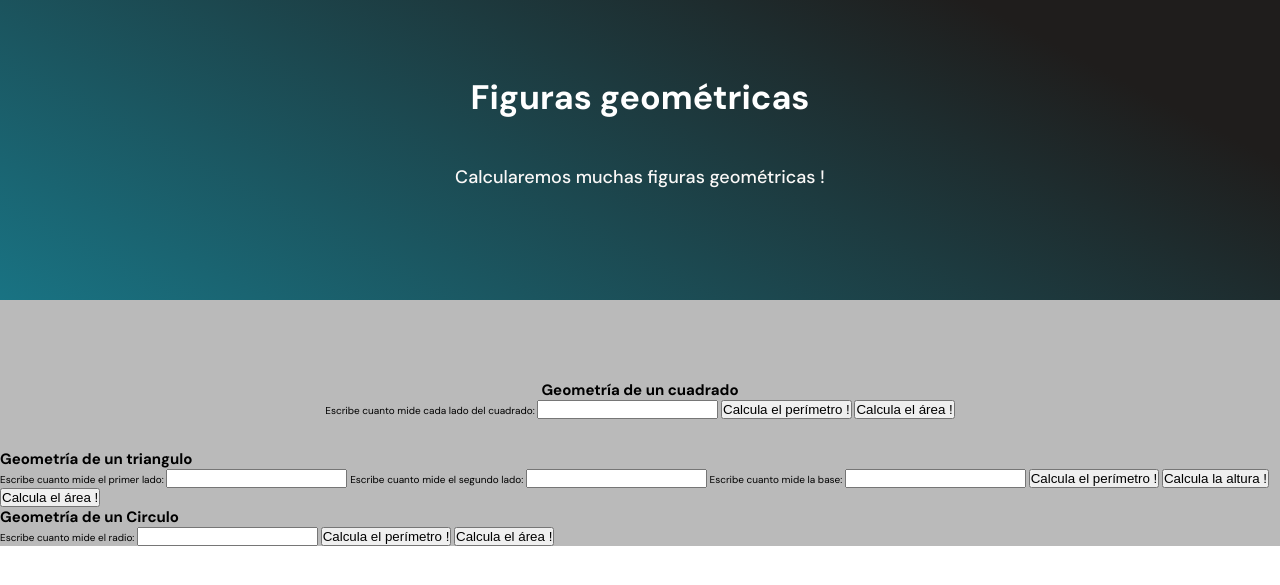
Repository: ChristianGecchelin/javascript-project
Page: javascript-project/figuras-geometricas/figuras.html
An editor plug-in stored every save of this project. The page is shown before and after the next save, followed by the edit.
The browser window is 1280 px wide. The pictures show the whole page.

Above is the page before, as saved 2021-12-01 21:50:50.

### javascript-project/figuras-geometricas/figuras.html
<!DOCTYPE html>
<html lang="en">
  <head>
    <meta charset="UTF-8" />
    <meta http-equiv="X-UA-Compatible" content="IE=edge" />
    <meta name="viewport" content="width=device-width, initial-scale=1.0" />
    <title>Figuras geométricas | Proyecto 1</title>
    <link rel="preconnect" href="https://fonts.googleapis.com" />
    <link rel="preconnect" href="https://fonts.gstatic.com" crossorigin />
    <link
      href="https://fonts.googleapis.com/css2?family=DM+Sans:wght@400;500;700&family=Inter:wght@300;500&display=swap"
      rel="stylesheet"
    />
    <link rel="stylesheet" href="./style.css" />
  </head>
  <body>
    <header>
      <div class="header--title-container">
        <h1>Figuras geométricas</h1>
        <p>Calcularemos muchas figuras geométricas !</p>
      </div>
    </header>
    <main>
      <section class="main-calculadora-contenedor">
        <h2>Geometría de un cuadrado</h2>
        <form action="">
          <label for="">Escribe cuanto mide cada lado del cuadrado:</label>
          <input type="number" id="inputCuadrado" />
          <button type="button" onclick="calcularPerimetroCuadrado()">
            Calcula el perímetro !
          </button>
          <button type="button" onclick="calcularAreaCuadrado()">
            Calcula el área !
          </button>
          <!-- type button, para quitarle el submit por defecto y que no me redireccione a ningun lado -->
        </form>
      </section>
      <section>
        <h2>Geometría de un triangulo</h2>
        <form action="">
          <label for="">Escribe cuanto mide el primer lado:</label>
          <input type="number" id="inputLado1" />
          <label for="">Escribe cuanto mide el segundo lado:</label>
          <input type="number" id="inputLado2" />
          <label for="">Escribe cuanto mide la base:</label>
          <input type="number" id="inputBase" />
          <button type="button" onclick="calcularPerimetroTriangulo()">
            Calcula el perímetro !
          </button>
          <button type="button" onclick="calcularAlturaTriangulo()">
            Calcula la altura !
          </button>
          <button type="button" onclick="calcularAreaTriangulo()">
            Calcula el área !
          </button>
          <!-- type button, para quitarle el submit por defecto y que no me redireccione a ningun lado -->
        </form>
      </section>
      <section>
        <h2>Geometría de un Circulo</h2>
        <form action="">
          <label for="">Escribe cuanto mide el radio:</label>
          <input type="number" id="inputRadio" />
          <button type="button" onclick="calcularPerimetroCirculo()">
            Calcula el perímetro !
          </button>
          <button type="button" onclick="calcularAreaCirculo()">
            Calcula el área !
          </button>
          <!-- type button, para quitarle el submit por defecto y que no me redireccione a ningun lado -->
        </form>
      </section>
    </main>
    <script src="./figurasConFunciones.js"></script>
  </body>
</html>

### javascript-project/figuras-geometricas/style.css
:root {
  --Dark-lightblue: #197383;
  --soft-orange: #ffe9d5;
  --secondary-blue: #1a9af7;
  --soft-blue: #e7f5ff;
  --warm-black: #201e1c;
  --black: #282623;
  --grey: #bababa;
  --off-white: #faf8f7;
  --just-white: #fff;
}
* {
  box-sizing: border-box;
  margin: 0;
  padding: 0;
}
html {
  font-size: 62.5%;
  font-family: "DM Sans", sans-serif;
}
header {
  position: relative;
  display: flex;
  flex-direction: column;
  justify-content: center;
  width: 100%;
  min-width: 320px;
  height: 300px;
  text-align: center;
  background: linear-gradient(207.8deg, #1f1d1c 16.69%, #197383 100%);
}
header .header--title-container {
  width: 90%;
  min-width: 288px;
  max-width: 900px;
  height: 200px;
  text-align: center;
  align-self: center;
}
header .header--title-container h1 {
  margin-top: 30px;
  margin-bottom: 50px;
  font-size: 3.4rem;
  font-weight: 700;
  line-height: 3.6rem;
  color: var(--just-white);
}
header .header--title-container p {
  font-size: 1.8rem;
  font-weight: 500;
  line-height: 2.2rem;
  color: var(--off-white);
}
main {
  width: 100%;
  height: auto;
  background-color: var(--grey);
  min-width: 320px;
}
.main-calculadora-contenedor {
  width: 90%;
  min-width: 280px;
  height: auto;
  margin: 0 auto;
  padding-top: 80px;
  padding-bottom: 30px;
  text-align: center;
}

### javascript-project/figuras-geometricas/figurasConFunciones.js
/* Codigo del cuadrado */
console.group("Cuadrado");
function perimetroCuadrado(lado) {
  return lado * 4;
}
/* console.log(`Perimetro del cuadrado es: ${perimetroCuadrado} cm.`); */
function areaCuadrado(lado) {
  return (
    lado ** 2
  ); /* debe estar escrito de igual manera el parametro que el return */
}

/* console.log(`El area del cuadrado es: ${areaCuadrado} cm^2.`); */
console.groupEnd();

/* Codigo del triangulo */
console.group("Triangulo");

function perimetroTriangulo(lado1, lado2, base) {
  return lado1 + lado2 + base;
}
function calcularAltura(lado1, lado2, lado3) {
  let ladosIguales;
  let ladoBase;
  let altura;

  if (
    lado1 + lado2 <= lado3 ||
    lado1 + lado3 <= lado2 ||
    lado2 + lado3 <= lado1
  ) {
    alert(
      "En un triangulo la base no puede ser mayor a la suma de sus catetos"
    );
  } else {
    switch (true) {
      case lado1 === lado2:
        ladosIguales = lado1;
        ladoBase = lado3;
        break;
      case lado1 === lado3:
        ladosIguales = lado1;
        ladoBase = lado2;
        break;
      case lado3 === lado2:
        ladosIguales = lado2;
        ladoBase = lado1;
        break;
    }
    if (!ladosIguales) {
      alert("Tu triangulo no es isosceles, ingresa la altura");
    } else {
      altura = Math.sqrt(ladosIguales ** 2 - ladoBase ** 2 / 4);
    }
  }
  return ladosIguales, ladoBase, altura;
}
function areaTriangulo(ladoBase, altura) {
  return (
    (ladoBase * altura) / 2
  ); /* tengo que llamar a la funcion altura para pasarle el dato */
}
console.groupEnd();

//Codigo Circulo
console.group("Circulo");
function diametroCirculo(radio) {
  return radio * 2;
}
const pi = Math.PI;
function circunferencia(radio) {
  const diametro = diametroCirculo(radio);
  /* llamo a una funcion dentro de otra y creo una variable que tiene alcance local */
  return diametro * pi;
}
function superficieCirculo(radio) {
  return pi * radio ** 2;
}

console.groupEnd();
/* Creo una funcion, que a traves del id obtengo lo que el usuario ingreso en el input. y con eso le saco el value que le paso
a la funcion que cree antes y es la encargada de hacer el calculo para luego mostrarse en un aler */
function calcularPerimetroCuadrado() {
  const input = document.getElementById("inputCuadrado");
  const value = input.value;
  const perimetro = perimetroCuadrado(value);
  alert(perimetro);
}
function calcularAreaCuadrado() {
  const input = document.getElementById("inputCuadrado");
  const value = input.value;
  const area = areaCuadrado(value);
  alert(area);
}

function calcularPerimetroTriangulo() {
  const inputLado1 = document.getElementById("inputLado1");
  const valueLado1 = Number(inputLado1.value);
  const inputLado2 = document.getElementById("inputLado2");
  const valueLado2 = Number(inputLado2.value);
  const inputBase = document.getElementById("inputBase");
  const valueBase = Number(inputBase.value);
  /* Es importante ponerle number porque por mas que el input tenga type number, este lo transforma como un string */
  const perimetro = perimetroTriangulo(valueLado1, valueLado2, valueBase);
  alert(perimetro);
}

function calcularAlturaTriangulo() {
  const inputLado1 = document.getElementById("inputLado1");
  const valueLado1 = Number(inputLado1.value);
  const inputLado2 = document.getElementById("inputLado2");
  const valueLado2 = Number(inputLado2.value);
  const inputBase = document.getElementById("inputBase");
  const valueBase = Number(inputBase.value);
  const alturaTriangulo = calcularAltura(valueLado1, valueLado2, valueBase);
  alert(alturaTriangulo);
}

function calcularAreaTriangulo() {
  /* const inputAltura = document.getElementById("inputAltura");
  const valueAltura = Number(inputAltura.value);
  const inputBase = document.getElementById("inputBase");
  const valueBase = inputBase.value;
  const area = areaTriangulo(valueAltura, valueBase);
  alert(area); */
  const inputLado1 = document.getElementById("inputLado1");
  const valueLado1 = Number(inputLado1.value);
  const inputLado2 = document.getElementById("inputLado2");
  const valueLado2 = Number(inputLado2.value);
  const inputBase = document.getElementById("inputBase");
  const valueBase = Number(inputBase.value);
  const altura = calcularAltura(valueLado1, valueLado2, valueBase);
  const area = areaTriangulo(valueBase, altura);
  alert(area);
}

function calcularPerimetroCirculo() {
  const inputRadio = document.getElementById("inputRadio");
  const valueRadio = inputRadio.value;
  const perimetro = circunferencia(valueRadio);
  alert(perimetro);
}
function calcularAreaCirculo() {
  const inputRadio = document.getElementById("inputRadio");
  const valueRadio = inputRadio.value;
  const superficie = superficieCirculo(valueRadio);
  alert(superficie);
}

After the next save:
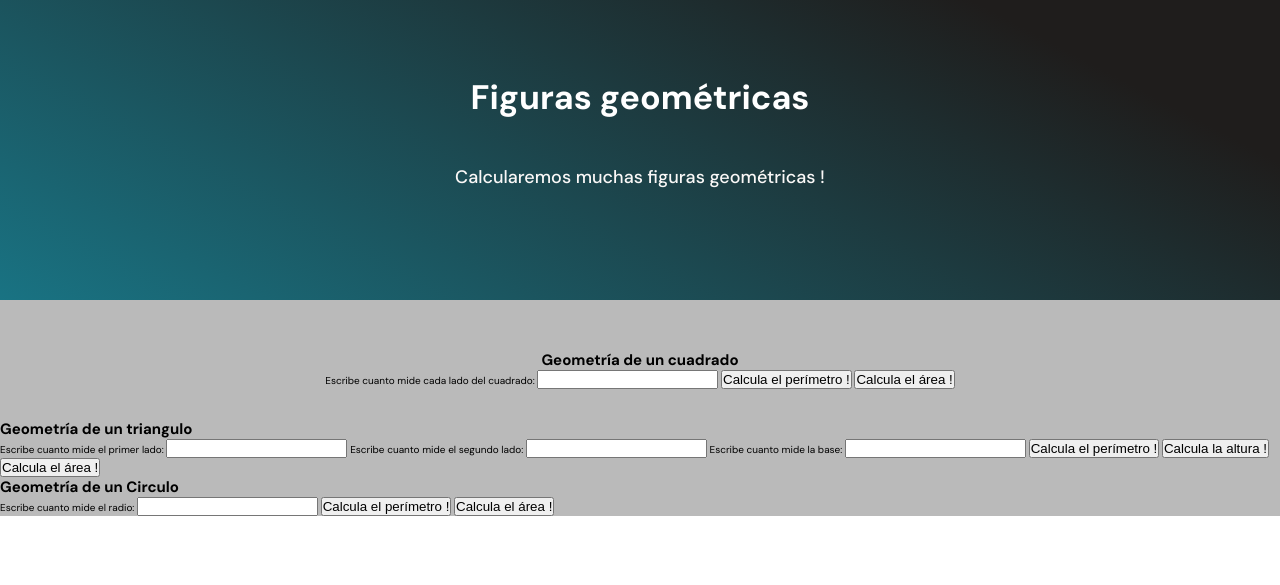
Saved 10 s later.
--- a/javascript-project/figuras-geometricas/style.css
+++ b/javascript-project/figuras-geometricas/style.css
@@ -62,7 +62,7 @@ main {
   min-width: 280px;
   height: auto;
   margin: 0 auto;
-  padding-top: 80px;
+  padding-top: 50px;
   padding-bottom: 30px;
   text-align: center;
 }
